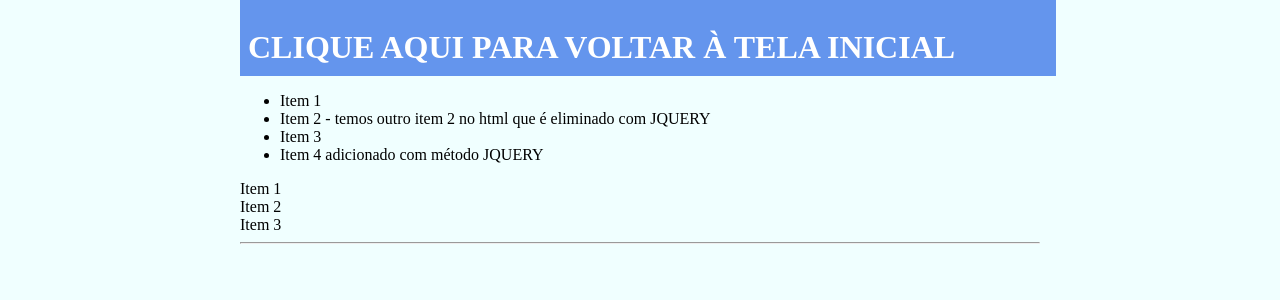
Repository: 2001mariana/jquery
Page: add-and-remove-html-elements.html
An editor plug-in stored every save of this project. The page is shown before and after the next save, followed by the edit.
The browser window is 1280 px wide. The pictures show the whole page.

Above is the page before, as saved 2022-08-04 15:40:20.

After the next save:
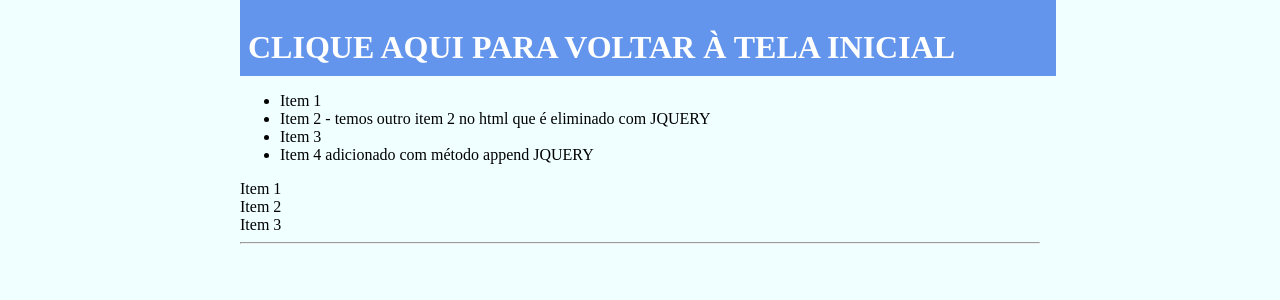
Saved 4 s later.
--- a/add-and-remove-html-elements.html
+++ b/add-and-remove-html-elements.html
@@ -9,7 +9,7 @@
 		<script>
 
 			$(document).ready(() => {
-				$('#lista1').append('<li>Item 4 adicionado com método JQUERY</li>')
+				$('#lista1').append('<li>Item 4 adicionado com método append JQUERY</li>')
 				$('.item2-eliminado').remove()
 
 			})
